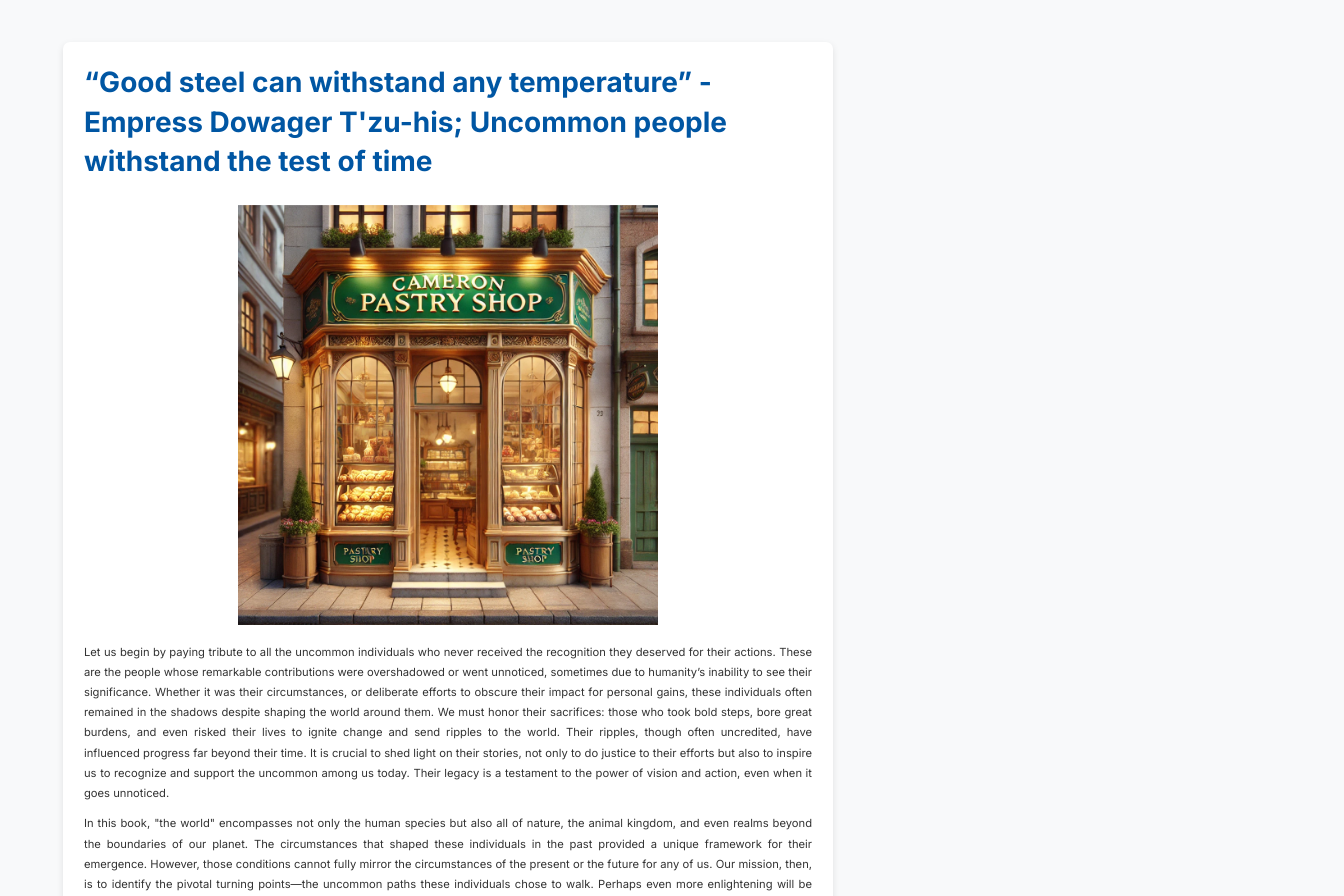
Repository: AvivGranot/Uncommon-Website
Page: Assets/Posts/post2.html
These files come from the project's save history. The page is drawn as it stood at one moment and after the next save; the edit follows.
The browser window is 1280 px wide. The page is 1280 px wide, then 1920 px, then 1280 px, so the pictures cover 1920 px, including what lies to the right of the window. The pictures show the part of the page from y = 0 to 1280 px (the page is 2848 px tall), at 70% of full size.

Above is the page before, as saved 2025-01-10 00:07:40.

After the next save:
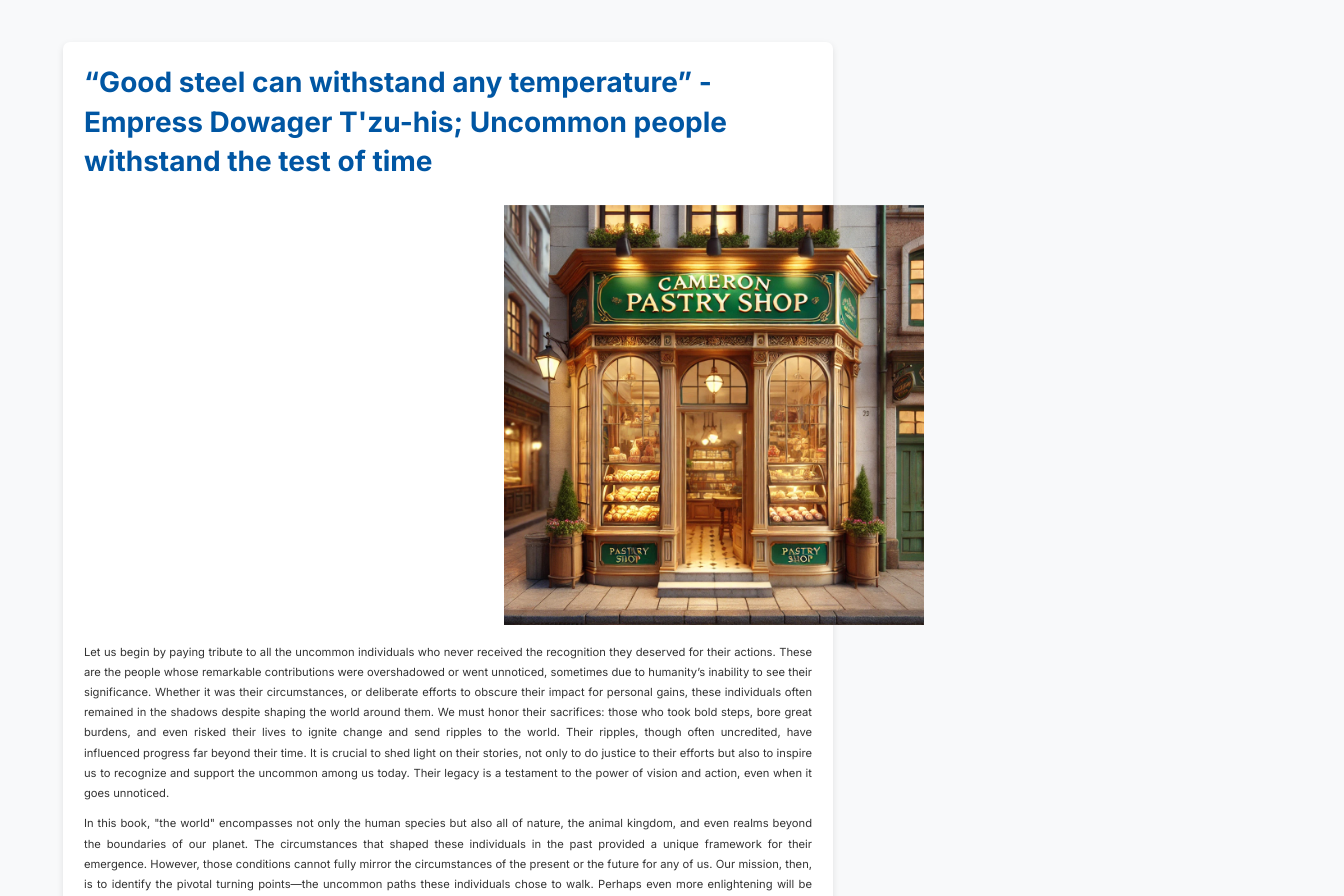
Saved 9 s later.
--- a/Assets/Posts/post2.html
+++ b/Assets/Posts/post2.html
@@ -43,8 +43,8 @@
         }
 
         .image {
-    width: 100%; /* Ensures the image fills the container width */
-    max-width: 18000px; /* Increases the maximum width significantly */
+    width: 1000%; /* Ensures the image fills the container width */
+    max-width: 1800px; /* Increases the maximum width significantly */
     height: auto; /* Automatically adjusts height proportionally */
     max-height: 600px; /* Keeps the height capped for balance */
     object-fit: contain; /* Maintains aspect ratio without cropping */

After the save that followed:
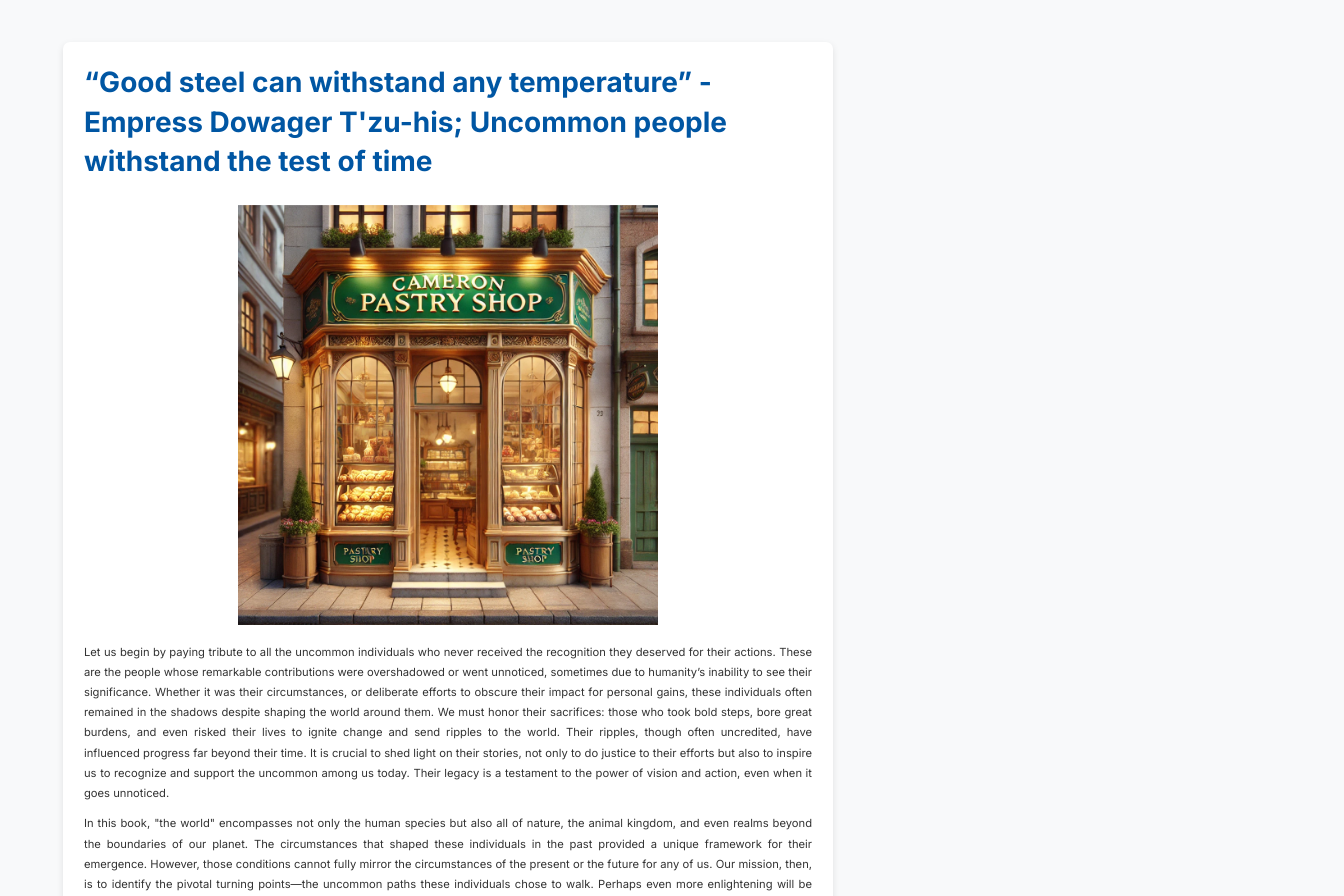
Saved 113 s later.
--- a/Assets/Posts/post2.html
+++ b/Assets/Posts/post2.html
@@ -43,12 +43,12 @@
         }
 
         .image {
-    width: 1000%; /* Ensures the image fills the container width */
-    max-width: 1800px; /* Increases the maximum width significantly */
+    width: 100%; /* Fills the entire container width */
+    max-width: none; /* Removes maximum width restriction */
     height: auto; /* Automatically adjusts height proportionally */
-    max-height: 600px; /* Keeps the height capped for balance */
-    object-fit: contain; /* Maintains aspect ratio without cropping */
-    border-radius: 10px; /* Keeps rounded corners */
+    max-height: 600px; /* Keeps height capped for balance */
+    object-fit: contain; /* Maintains aspect ratio */
+    border-radius: 10px; /* Adds rounded corners */
     margin: 15px 0;
 }
 
